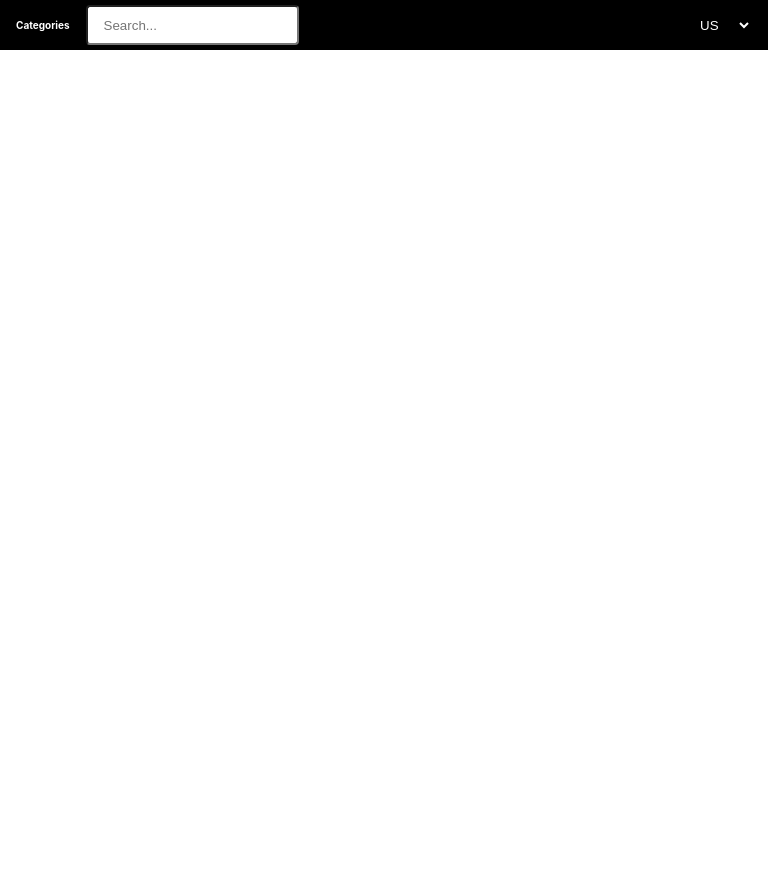
Repository: majakesin/top-news
Page: /
The author's editor kept a copy of each file at every save. The page is drawn from the files as they stood at one save, then again after the next save.
The browser window is 768 px wide. The pictures show the whole page.
The page's requests for data from a server got no answer. The project was rebuilt for these pictures with package versions that can differ from the ones it lists, and the page was loaded fresh each time. No one was signed in, and anything a server would have sent is missing. Also part of the build but not shown: src/components/NewsCard/index.js, src/pages/ErrorPage/index.js, src/pages/Categories/index.js.

Above is the page before, as saved 2023-11-30 11:57:54.

After the next save:
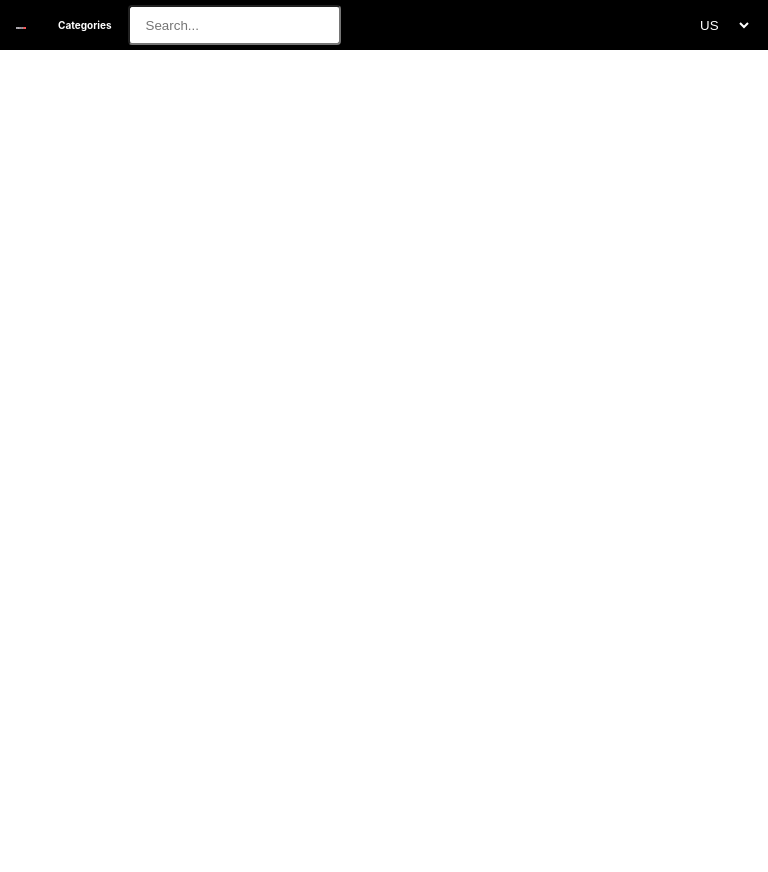
Saved 22 s later.
--- a/src/layout/Header/index.module.css
+++ b/src/layout/Header/index.module.css
@@ -17,7 +17,8 @@
     height: 35px;
 
     @media (max-width:768px)  {
-        display: none;
+        width: 10px;
+        height: 2px;
     }
 }
 
